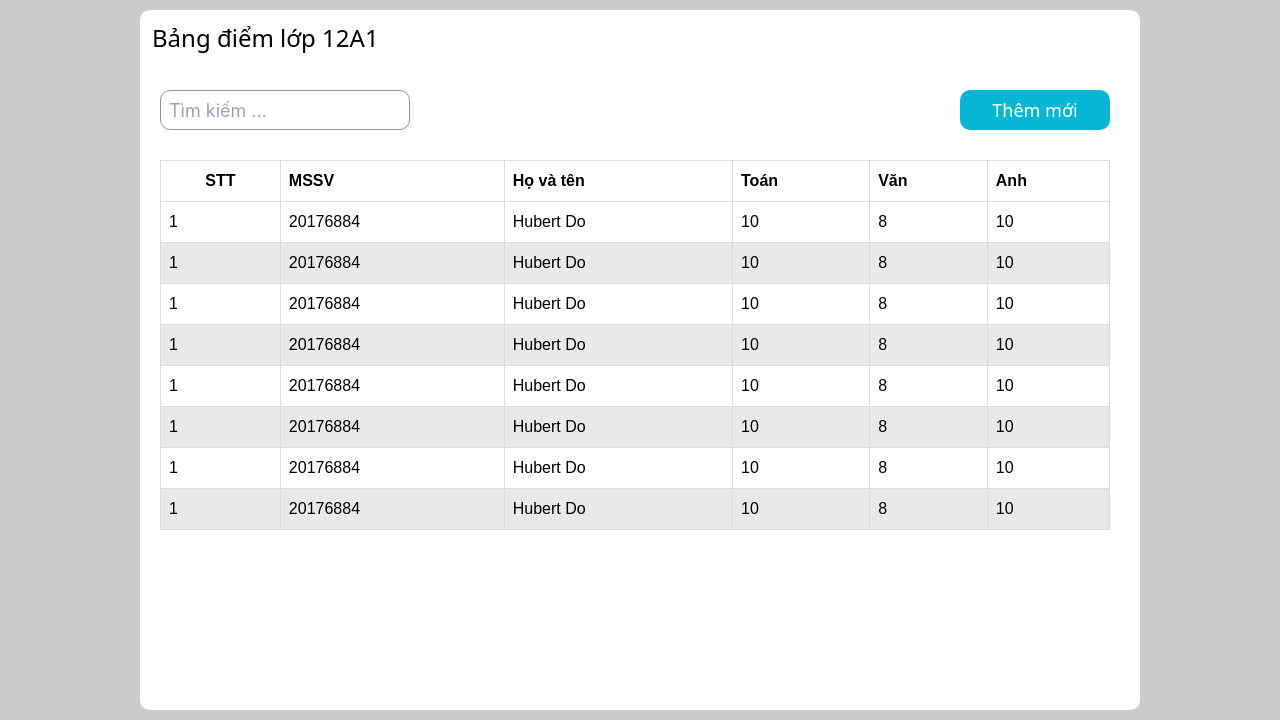
Repository: doducthuan/ReactJS-Movie
Page: /
These files come from the project's save history. The page is drawn as it stood at one moment and after the next save; the edit follows.
The browser window is 1280 px wide. The pictures show the whole page.
The project was rebuilt for these pictures with package versions that can differ from the ones it lists, and the page was loaded fresh each time. Also part of the build but not shown: src/App.css.

Above is the page before, as saved 2024-01-13 07:49:54.

### public/index.html
<!DOCTYPE html>
<html lang="en">
  <head>
    <meta charset="utf-8" />
    <link rel="icon" href="%PUBLIC_URL%/avatar_rmbg.png" />
    <meta name="viewport" content="width=device-width, initial-scale=1" />
    <meta name="theme-color" content="#000000" />
    <meta
      name="description"
      content="Web site created using create-react-app"
    />
    <link rel="apple-touch-icon" href="%PUBLIC_URL%/logo192.png" />
    <!--
      manifest.json provides metadata used when your web app is installed on a
      user's mobile device or desktop. See https://developers.google.com/web/fundamentals/web-app-manifest/
    -->
    <link rel="manifest" href="%PUBLIC_URL%/manifest.json" />
    <!--
      Notice the use of %PUBLIC_URL% in the tags above.
      It will be replaced with the URL of the `public` folder during the build.
      Only files inside the `public` folder can be referenced from the HTML.

      Unlike "/favicon.ico" or "favicon.ico", "%PUBLIC_URL%/favicon.ico" will
      work correctly both with client-side routing and a non-root public URL.
      Learn how to configure a non-root public URL by running `npm run build`.
    -->
    <title>Mèo Hen</title>
  </head>
  <body>
    <noscript>You need to enable JavaScript to run this app.</noscript>
    <div id="root"></div>
    <!--
      This HTML file is a template.
      If you open it directly in the browser, you will see an empty page.

      You can add webfonts, meta tags, or analytics to this file.
      The build step will place the bundled scripts into the <body> tag.

      To begin the development, run `npm start` or `yarn start`.
      To create a production bundle, use `npm run build` or `yarn build`.
    -->
  </body>
</html>

### src/App.js
import './App.css';
import Students from './components/students/Students';
function App() {
  return (
    <div className="App">
      <Students></Students>
    </div>
  );
}

export default App;

### src/components/students/Students.js
import React, { useMemo } from 'react';
import './styles.css';
import { useTable } from 'react-table';
import { COLUMNS } from './Columns';
const Students = () => {
    const data = [
        { stt: 1, id: 20176884, name: "Hubert Do", math: 10, literature: 8, english: 10 },
        { stt: 1, id: 20176884, name: "Hubert Do", math: 10, literature: 8, english: 10 },
        { stt: 1, id: 20176884, name: "Hubert Do", math: 10, literature: 8, english: 10 },
        { stt: 1, id: 20176884, name: "Hubert Do", math: 10, literature: 8, english: 10 },
        { stt: 1, id: 20176884, name: "Hubert Do", math: 10, literature: 8, english: 10 },
        { stt: 1, id: 20176884, name: "Hubert Do", math: 10, literature: 8, english: 10 },
        { stt: 1, id: 20176884, name: "Hubert Do", math: 10, literature: 8, english: 10 },
        { stt: 1, id: 20176884, name: "Hubert Do", math: 10, literature: 8, english: 10 },
    ];
    const columns = useMemo(() => COLUMNS, []);
    const { getTableProps, getTableBodyProps, headerGroups, rows, prepareRow } = useTable({ columns, data });
    return (
        <div className="full-view">
            <div className="border-data">
                <p className="font-sans text-2xl ml-3 mt-3">Bảng điểm lớp 12A1</p>
                <div className="table-data">
                    <div className="search-add mt-9 flex">
                        <input className="search-all text-lg" placeholder='Tìm kiếm ...' />
                        <button className="add-student font-sans text-lg bg-cyan-500 hover:bg-cyan-600 text-white">Thêm mới</button>
                    </div>
                    <div className="table-content">
                        <table {...getTableProps()}>
                            <thead>
                                {headerGroups.map((headerGroup) => (
                                    <tr {...headerGroup.getHeaderGroupProps()}>
                                        {headerGroup.headers.map((column) => (
                                            <th {...column.getHeaderProps()}>
                                                {column.render('Header')}
                                            </th>
                                        ))}
                                    </tr>
                                ))}
                            </thead>
                            <tbody {...getTableBodyProps()}>
                                {rows.map((row) => {
                                    prepareRow(row);
                                    return (
                                        <tr {...row.getRowProps()}>
                                            {row.cells.map((cell) => {
                                                return (
                                                    <td {...cell.getCellProps()}>
                                                        {cell.render('Cell')}
                                                    </td>
                                                );
                                            })}
                                        </tr>
                                    );
                                })}
                            </tbody>
                        </table>

                    </div>
                </div>

            </div>
        </div>
    );
};

export default Students;

### src/components/students/styles.css
.full-view{
    display: flex;
    justify-content: center;
    align-items: center;
    height: 100vh;
    background-color: #ccc;
}
.border-data{
    width: 1000px;
    height: 700px;
    background-color: #fff;
    border-radius: 10px;
}
.table-data{
    width: 95%;
    height: 600px;
    margin-left: 20px;
}
.search-add{
    gap: 550px;
    margin-bottom: 30px;
}
.search-all{
    width: 250px;
    height: 40px;
    border: 1px solid #969292;
    border-radius: 10px;
    padding: 8px;
}
.add-student{
    width: 150px;
    height: 40px;
    border-radius: 10px;
}
table{
    font-family: sans-serif;
    border-collapse: collapse;
    width: 100%;
}
td,th {
    border: 1px solid #dddddd;
    text-align: left;
    padding: 8px;
}
tr:nth-child(even) {
    background-color: #ebe8e8;
}
thead tr th:nth-child(1){
    text-align: center;
}

### src/components/students/Columns.js
export const COLUMNS = [
    { Header: "STT", accessor: "stt" },
    { Header: "MSSV", accessor: "id" },
    { Header: "Họ và tên", accessor: "name" },
    { Header: "Toán", accessor: "math" },
    { Header: "Văn", accessor: "literature" },
    { Header: "Anh", accessor: "english" },
];

Loaded but not shown: src/index.js (common file); src/index.css (common file); src/reportWebVitals.js (common file); tailwind.config.js (common file)

After the next save:
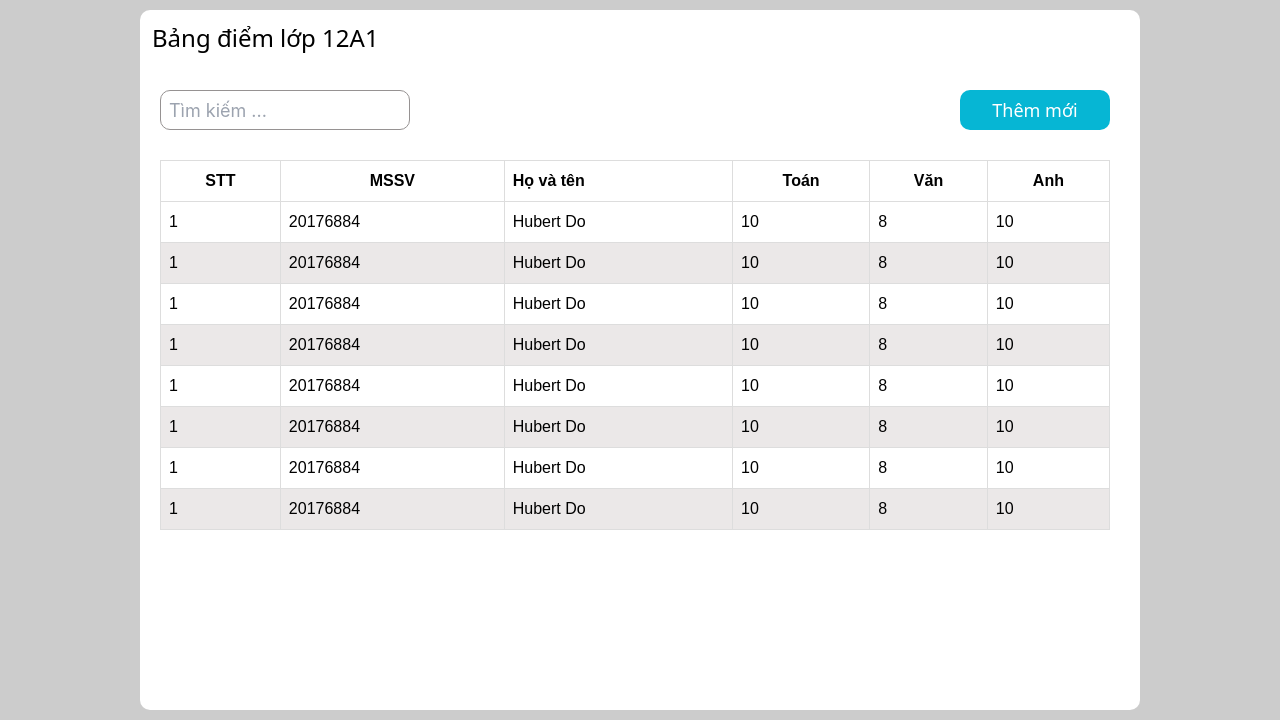
Saved 35 s later.
--- a/src/components/students/styles.css
+++ b/src/components/students/styles.css
@@ -45,6 +45,10 @@ td,th {
 tr:nth-child(even) {
     background-color: #ebe8e8;
 }
-thead tr th:nth-child(1){
+thead tr th:nth-child(1),
+thead tr th:nth-child(2),
+thead tr th:nth-child(4),
+thead tr th:nth-child(5),
+thead tr th:nth-child(6){
     text-align: center;
 }
